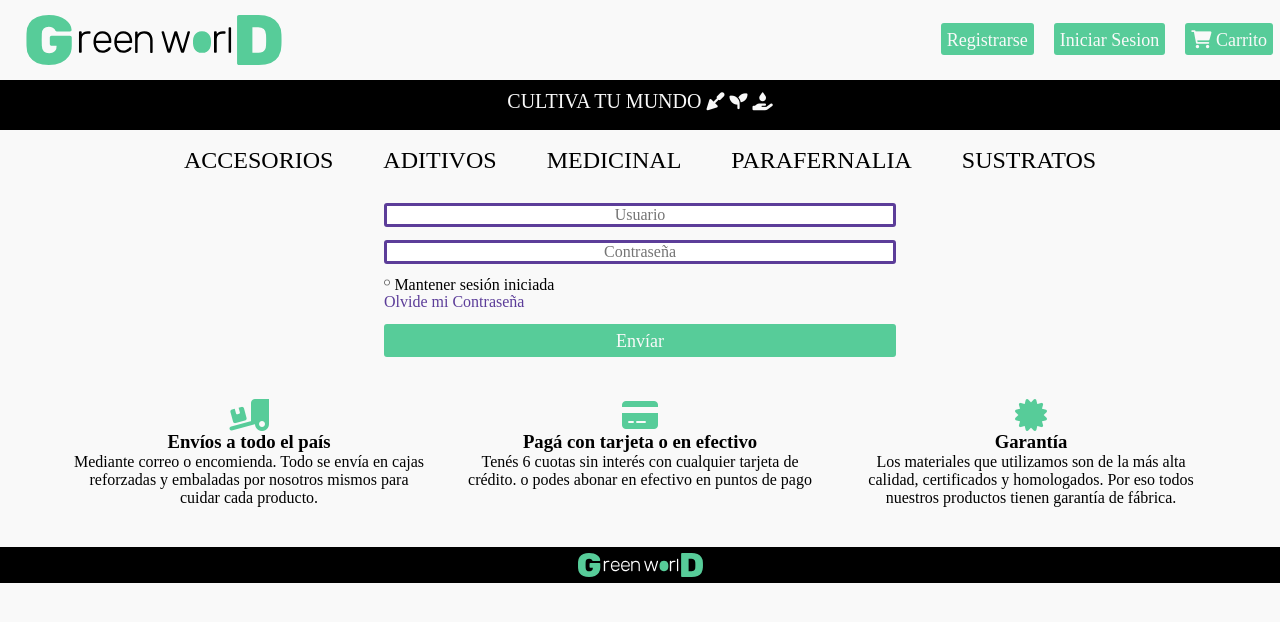
Repository: francoG98/grupo_9_Green_World
Page: source/views/login.html
An editor plug-in stored every save of this project. The page is shown before and after the next save, followed by the edit.
The browser window is 1280 px wide. The pictures show the whole page.
Some web fonts or font styles are not loaded; a fallback is used. Some web libraries are served in a nearby version.

Above is the page before, as saved 2022-06-24 23:21:07.

After the next save:
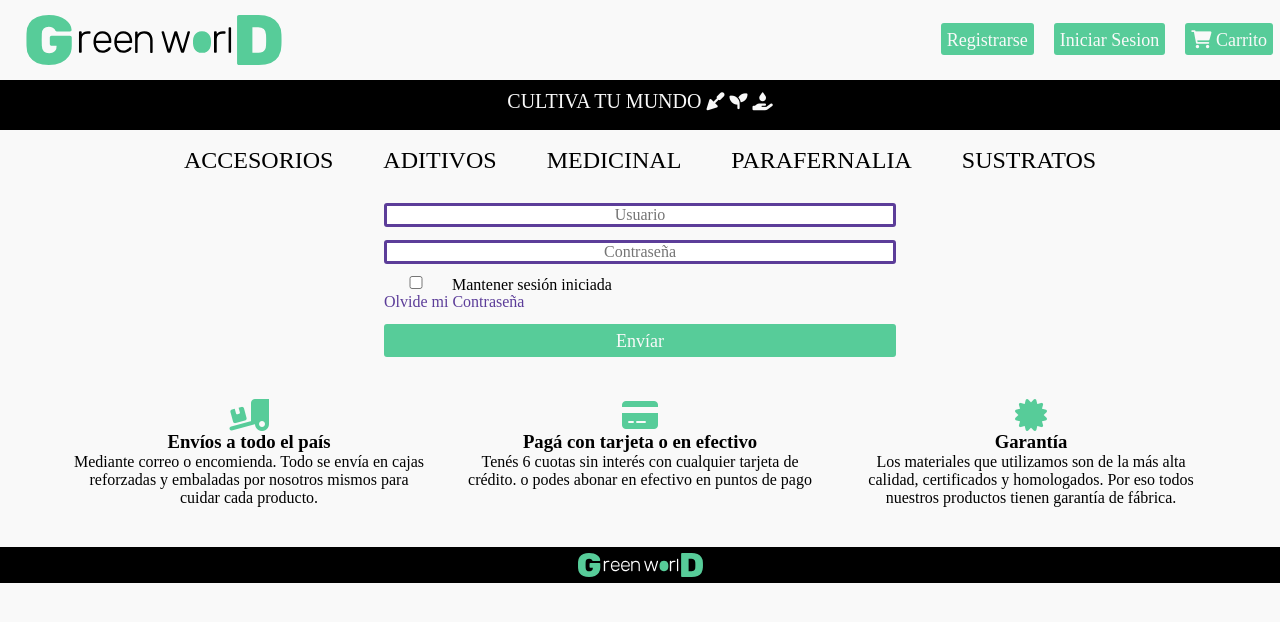
Saved 5 min 58 s later.
--- a/public/css/main-login.css
+++ b/public/css/main-login.css
@@ -49,8 +49,7 @@ input{
 }
 input[type="checkbox"]{
     color: #5c3d99;
-    width: 0.5%;
-    height: 0.5%;
+    Width: 5%;
     align-items: center;
 
 }
